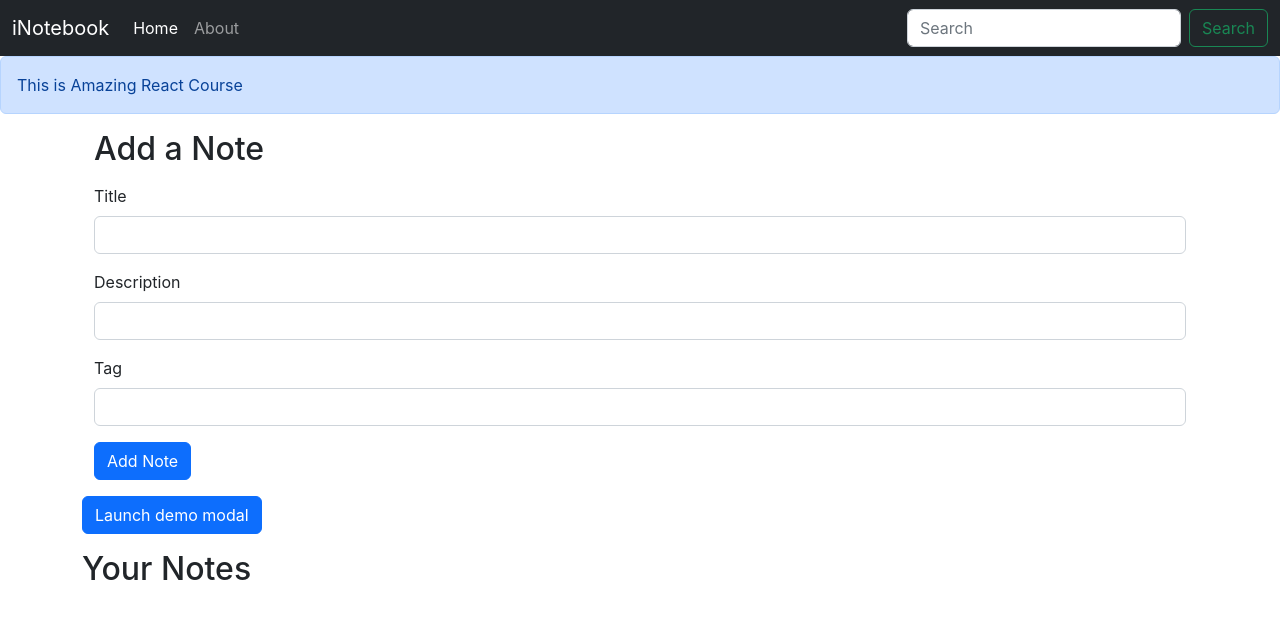
Repository: SatishPatil108/iNotebook-React
Page: /
The author's editor kept a copy of each file at every save. The page is drawn from the files as they stood at one save, then again after the next save.
The browser window is 1280 px wide. The pictures show the whole page.
The page's requests for data from a server got no answer. Some web libraries are served in a nearby version. The project was rebuilt for these pictures with package versions that can differ from the ones it lists, and the page was loaded fresh each time. No one was signed in, and anything a server would have sent is missing. Also part of the build but not shown: src/App.css, src/components/Noteitem.js, src/components/About.js.

Above is the page before, as saved 2022-07-28 18:49:42.

After the next save:
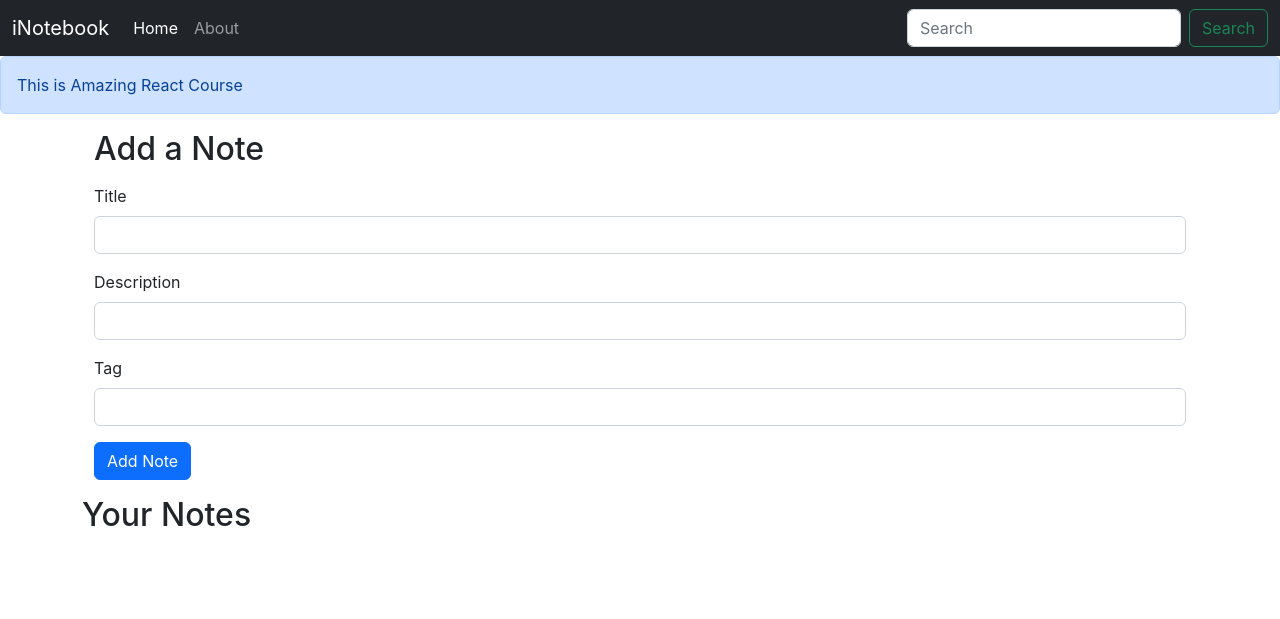
Saved 2 min 8 s later.
--- a/src/components/Notes.js
+++ b/src/components/Notes.js
@@ -30,7 +30,7 @@ const Notes = () => {
     return (
         <>
             <AddNote />
-            <button ref={ref} type="button" className="btn btn-primary" data-bs-toggle="modal" data-bs-target="#exampleModal">
+            <button ref={ref} type="button" className="btn btn-primary d-none" data-bs-toggle="modal" data-bs-target="#exampleModal">
                 Launch demo modal
             </button>
 
